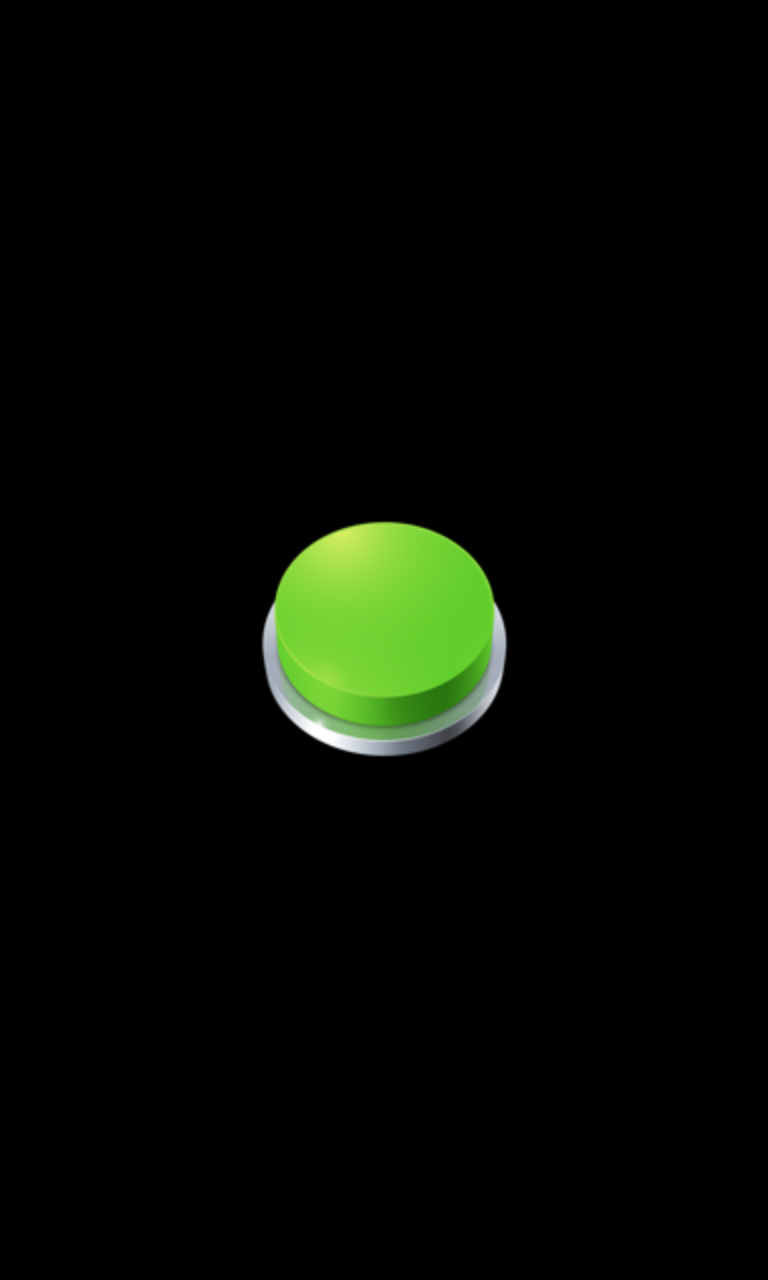
Repository: Anmol92verma/SurveyApp
Layout: SoundServey/res/layout/activity_main.xml
The author's editor kept a copy of each file at every save. The layout is drawn from the files as they stood at one save, then again after the next save.
It is drawn on a 768 x 1280 px phone screen (xhdpi) without system bars, with theme android:Theme.Black; the app's code is not run.

Above is the layout before, as saved 2015-02-21 16:41:01.

After the next save:
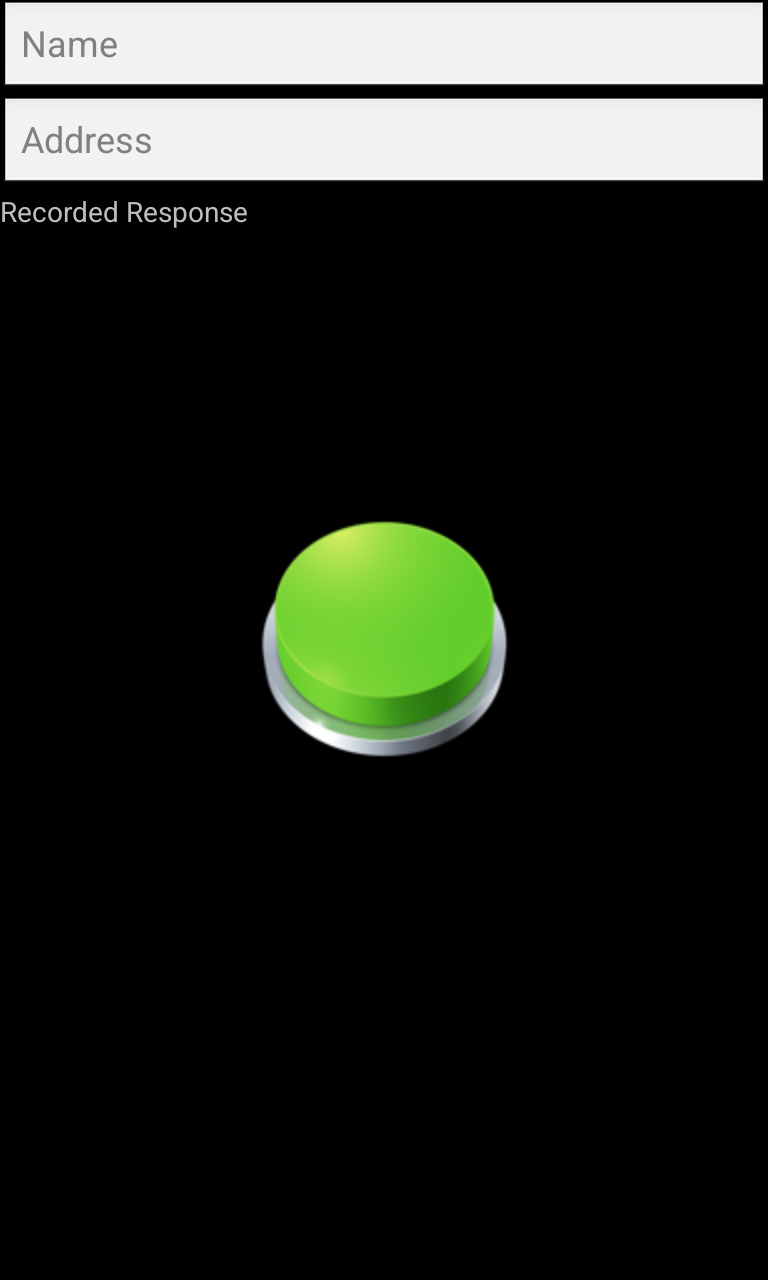
Saved 58 s later.
--- a/SoundServey/res/layout/activity_main.xml
+++ b/SoundServey/res/layout/activity_main.xml
@@ -2,6 +2,35 @@
     xmlns:tools="http://schemas.android.com/tools"
     android:layout_width="match_parent"
     android:layout_height="match_parent" >
+
+    <ScrollView
+        android:layout_width="match_parent"
+        android:layout_height="wrap_content" >
+
+        <LinearLayout
+            android:layout_width="match_parent"
+            android:layout_height="wrap_content"
+            android:orientation="vertical" >
+
+            <EditText
+                android:id="@+id/edittext_name"
+                android:layout_width="match_parent"
+                android:layout_height="wrap_content"
+                android:hint="@string/string_name" />
+
+            <EditText
+                android:id="@+id/edittext_address"
+                android:layout_width="match_parent"
+                android:layout_height="wrap_content"
+                android:hint="@string/string_address" />
+
+            <TextView
+                android:id="@+id/textview_recording"
+                android:layout_width="wrap_content"
+                android:layout_height="wrap_content"
+                android:text="@string/string_recording" />
+        </LinearLayout>
+    </ScrollView>
 
     <ImageView
         android:id="@+id/imageview_recorder"
